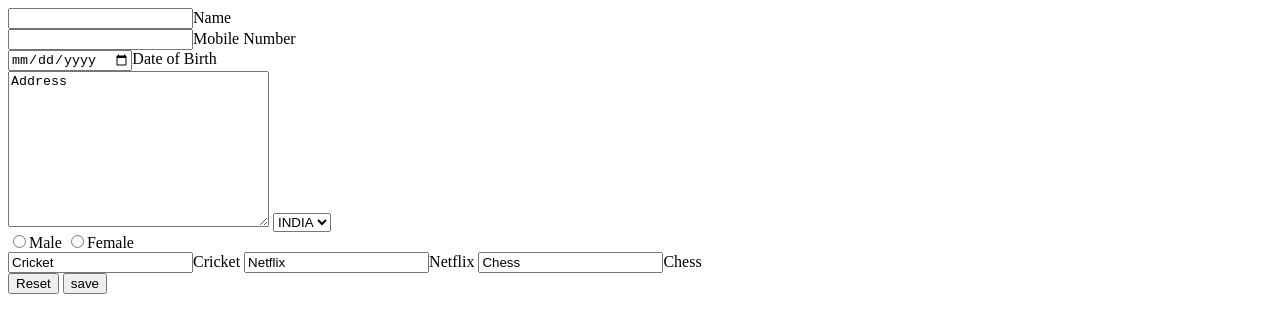
Repository: mannu343/project
Page: student/src/main/webapp/student.html
These files come from the project's save history. The page is drawn as it stood at one moment and after the next save; the edit follows.
The browser window is 1280 px wide. The pictures show the whole page.

Above is the page before, as saved 2023-01-31 17:22:11.

### student/src/main/webapp/student.html
<!DOCTYPE html>
<html>
<head>
<meta charset="ISO-8859-1">
<title>Insert title here</title>
</head>
<body>
<form action="save">
<input name="name" type="text">Name <br>
<input name="mob" type="number">Mobile Number <br>
<input name="dob" type="date">Date of Birth <br>
<textarea name="ads" rows="10" cols="30">Address</textarea>
<select name="Contry">
<option value="INDIA">INDIA</option>
<option value="BAN">BAN</option>
<option value="PAK">PAK</option>
</select><br>
<input name="gen" type="radio" value="Male">Male
<input name="gen" type="radio" value="Female">Female <br>
<input name="hobies" value="Cricket">Cricket
<input name="hobies" value="Netflix">Netflix
<input name="hobies" value="Chess">Chess <br>


<input type="reset">
<button>save</button>


</form>

</body>
</html>

After the next save:
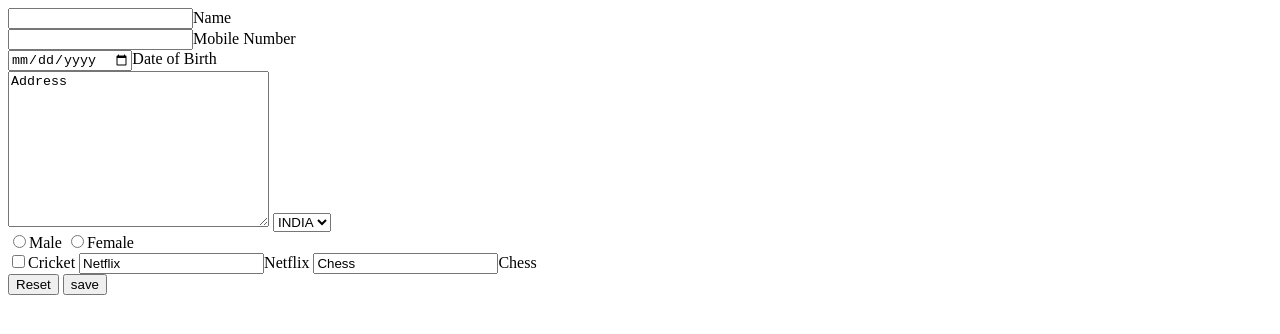
Saved 96 s later.
--- a/student/src/main/webapp/student.html
+++ b/student/src/main/webapp/student.html
@@ -17,7 +17,7 @@
 </select><br>
 <input name="gen" type="radio" value="Male">Male
 <input name="gen" type="radio" value="Female">Female <br>
-<input name="hobies" value="Cricket">Cricket
+<input type="checkbox" name="hobies" value="Cricket">Cricket
 <input name="hobies" value="Netflix">Netflix
 <input name="hobies" value="Chess">Chess <br>
 
